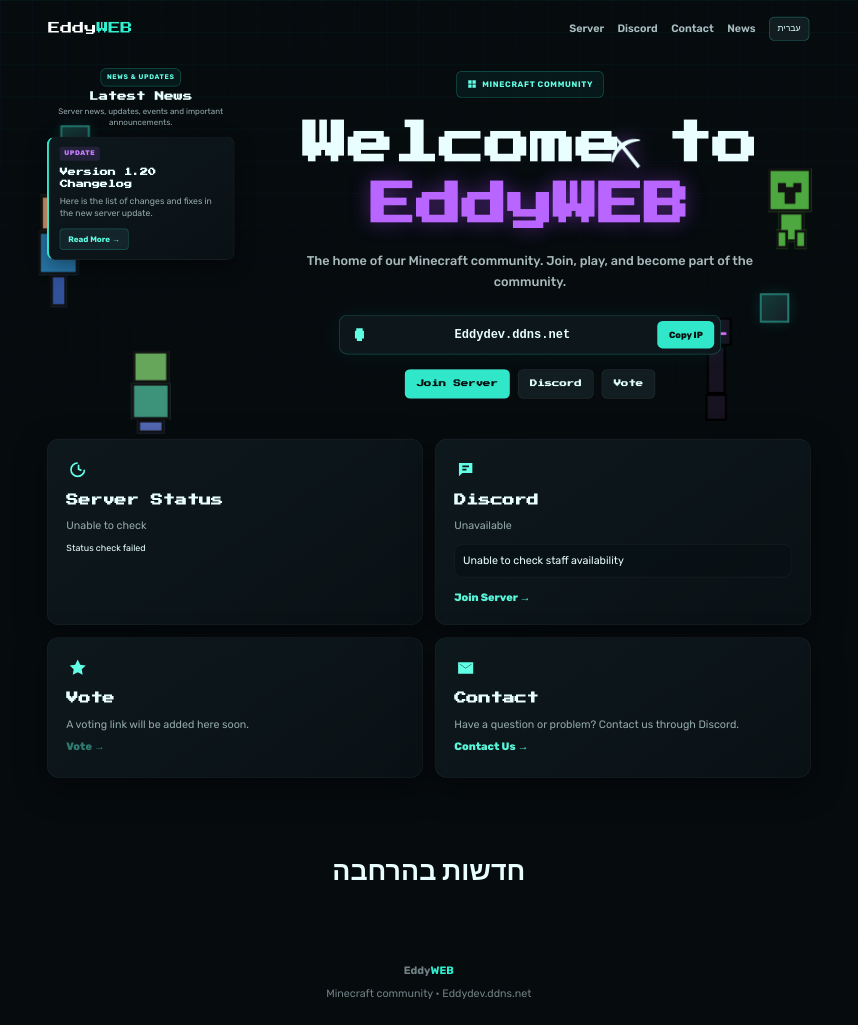
Repository: eddush/EddyWEB
Page: index.html
The author's editor kept a copy of each file at every save. The page is drawn from the files as they stood at one save, then again after the next save.
The browser window is 1280 px wide. The pictures show the whole page, at 67% of full size.
The page's requests for data from a server got no answer.

Above is the page before, as saved 2026-09-20 17:14:50.

### index.html
<!doctype html>
<html lang="en" dir="ltr">

<head>
  <meta charset="UTF-8">
  <meta name="viewport" content="width=device-width,initial-scale=1">
  <meta name="theme-color" content="#071014">
  <title>EddyWEB | Minecraft</title>
  <link rel="stylesheet" href="style.css">
</head>

<body>
  <div class="grid"></div>
  <div class="pixel-scene" aria-hidden="true">
    <div class="block b1"></div>
    <div class="block b2"></div>
    <div class="mob steve">
      <div class="head skin"></div>
      <div class="body shirt"></div>
      <div class="leg"></div>
    </div>
    <div class="mob creeper">
      <div class="creeper-head"><i></i><i></i><b></b></div>
      <div class="creeper-body"></div>
      <div class="creeper-leg l1"></div>
      <div class="creeper-leg l2"></div>
    </div>
    <div class="mob enderman">
      <div class="end-head"><i></i></div>
      <div class="end-body"></div>
      <div class="end-leg"></div>
    </div>
    <div class="mob zombie">
      <div class="z-head"></div>
      <div class="z-body"></div>
      <div class="z-leg"></div>
    </div>
    <div class="pickaxe">⛏</div>
  </div>

  <header>
    <a class="logo" href="#">Eddy<span>WEB</span></a>
    <nav>
      <a href="#server">Server</a>
      <a href="#community">Discord</a>
      <a href="#contact">Contact</a>
      <a href="#news">News</a>
      <button class="lang-btn" id="lang-toggle" onclick="toggleLanguage()">עברית</button>
    </nav>
  </header>

  <main>
    <div class="top-container">
      <section class="hero">
        <div class="badge">
          <svg viewBox="0 0 24 24">
            <path d="M3 3h8v8H3zM13 3h8v8h-8zM3 13h8v8H3zM13 13h8v8h-8z" />
          </svg>MINECRAFT COMMUNITY
        </div>
        <h1>Welcome to <span>EddyWEB</span></h1>
        <p>The home of our Minecraft community. Join, play, and become part of the community.</p>
        <div class="ip">
          <svg viewBox="0 0 24 24">
            <path d="M7 2h10v4H7zM5 6h14v12H5zM8 18h8v4H8zM8 10h2v2H8zm6 0h2v2h-2z" />
          </svg>
          <strong id="ip">Eddydev.ddns.net</strong>
          <button onclick="copyIP()">Copy IP</button>
        </div>
        <small id="copied"></small>
        <div class="actions">
          <a class="btn primary" href="#server">Join Server</a>
          <a class="btn" href="https://discord.gg/zXq9E8FQCS" target="_blank">Discord</a>
          <a class="btn" href="#vote">Vote</a>
        </div>
      </section>

      <section id="news" class="news-section">
        <div class="section-heading">
          <div class="badge">NEWS &amp; UPDATES</div>
          <h2>Latest News</h2>
          <p>Server news, updates, events and important announcements.</p>
        </div>
        <div class="news-grid" id="news-grid">
          <!-- המודעות ייטענו לכאן באופן אוטומטי מ-news.json -->
        </div>
      </section>
    </div>

    <section id="server" class="cards">
      <article class="card">
        <div class="icon"><svg viewBox="0 0 24 24">
            <path d="M12 3a9 9 0 1 0 9 9h-2a7 7 0 1 1-7-7zm0 3v6l4 2 1-2-3-1.5V6z" />
          </svg></div>
        <h2>Server Status</h2>
        <p id="status">Checking...</p>
        <small id="players"></small>
      </article>
      <article id="community" class="card">
        <div class="icon"><svg viewBox="0 0 24 24">
            <path d="M4 4h16v12H8l-4 4zm4 5h8V7H8zm0 4h5v-2H8z" />
          </svg></div>
        <h2>Discord</h2>
        <p id="discord-members">Checking member count...</p>
        <div id="discord-staff" class="staff-status"><span>Checking available staff...</span></div>
        <a class="textbtn" href="https://discord.gg/zXq9E8FQCS" target="_blank">Join Server →</a>
      </article>
      <article id="vote" class="card">
        <div class="icon"><svg viewBox="0 0 24 24">
            <path d="m12 2 3 6 6.6.9-4.8 4.7 1.1 6.6L12 17l-5.9 3.2 1.1-6.6L2.4 8.9 9 8z" />
          </svg></div>
        <h2>Vote</h2>
        <p>A voting link will be added here soon.</p>
        <a class="textbtn disabled">Vote →</a>
      </article>
      <article id="contact" class="card">
        <div class="icon"><svg viewBox="0 0 24 24">
            <path d="M3 5h18v14H3zm2 2v.5l7 5 7-5V7l-7 5-7-5z" />
          </svg></div>
        <h2>Contact</h2>
        <p>Have a question or problem? Contact us through Discord.</p>
        <a class="textbtn" href="https://discord.gg/zXq9E8FQCS" target="_blank">Contact Us →</a>
      </article>
    </section>
  </main>



  <!-- אזור חדשות מוגדלות בתחתית הדף -->
  <section id="large-news-section" class="large-news-container">
    <h2>חדשות בהרחבה</h2>
    <div id="large-news-grid" class="large-news-grid"></div>
  </section>

  <footer>
    <b>Eddy<span>WEB</span></b>
    <p>Minecraft community • Eddydev.ddns.net</p>
  </footer>

  <script src="script.js"></script>
</body>

</html>

### script.js
const IP = 'Eddydev.ddns.net';
const DISCORD_API = 'https://eddy-bot-lyvo.onrender.com/api/discord';

const translations = {
  en: {
    navServer: 'Server', navDiscord: 'Discord', navContact: 'Contact', navNews: 'News', lang: 'עברית',
    badge: 'MINECRAFT COMMUNITY', heroTitle: 'Welcome to <span>EddyWEB</span>',
    heroText: 'The home of our Minecraft community. Join, play, and become part of the community.',
    copy: 'Copy IP', copied: '✓ IP copied!', join: 'Join Server', statusTitle: 'Server Status',
    checking: 'Checking...', discordChecking: 'Checking member count...', staffChecking: 'Checking available staff...',
    discordTitle: 'Discord', joinDiscord: 'Join Server →', voteTitle: 'Vote',
    voteText: 'A voting link will be added here soon.', contactTitle: 'Contact',
    contactText: 'Have a question or problem? Contact us through Discord.', contactBtn: 'Contact Us →',
    newsBadge: 'NEWS & UPDATES', newsTitle: 'Latest News', newsIntro: 'Server news, updates, events and important announcements.',
    readMore: 'Read More →',
    footer: 'Minecraft community • Eddydev.ddns.net', players: (a, b) => `${a} / ${b} players online`,
    unavailable: 'Server is currently unavailable', cannot: 'Unable to check', failed: 'Status check failed',
    members: n => `${n.toLocaleString('en-US')} members`, staff: 'Available staff:', team: 'Team', developers: 'Developers', helpers: 'Helpers', moderators: 'Moderators',
    available: (o, t) => `${o} / ${t} available`, staffFail: 'Unable to check staff availability'
  },
  he: {
    navServer: 'השרת', navDiscord: 'Discord', navContact: 'צור קשר', navNews: 'חדשות', lang: 'English',
    badge: 'קהילת MINECRAFT', heroTitle: 'ברוכים הבאים ל־<span>EddyWEB</span>',
    heroText: 'הבית של קהילת Minecraft שלנו. היכנסו, שחקו והצטרפו לקהילה.',
    copy: 'העתק IP', copied: '✓ ה־IP הועתק!', join: 'כניסה לשרת', statusTitle: 'סטטוס השרת',
    checking: 'בודק...', discordChecking: 'בודק מספר חברים...', staffChecking: 'בודק צוות זמין...',
    discordTitle: 'Discord', joinDiscord: 'הצטרף לשרת →', voteTitle: 'Vote',
    voteText: 'קישור להצבעה יתווסף כאן ברגע שתשלח אותו.', contactTitle: 'צור קשר',
    contactText: 'יש שאלה או בעיה? פנו אלינו דרך Discord.', contactBtn: 'צור קשר →',
    newsBadge: 'חדשות ועדכונים', newsTitle: 'חדשות אחרונות', newsIntro: 'חדשות השרת, עדכונים, אירועים והודעות חשובות.',
    readMore: 'קרא עוד ←',
    footer: 'קהילת Minecraft • Eddydev.ddns.net', players: (a, b) => `${a} / ${b} שחקנים מחוברים`,
    unavailable: 'השרת כרגע לא זמין', cannot: 'לא ניתן לבדוק', failed: 'בדיקת הסטטוס נכשלה',
    members: n => `${n.toLocaleString('he-IL')} חברים`, staff: 'אנשי צוות זמינים:', team: 'צוות', developers: 'מתכנתים', helpers: 'הלפרים', moderators: 'Moderators',
    available: (o, t) => `${o} / ${t} זמינים`, staffFail: 'לא ניתן לבדוק זמינות צוות'
  }
};

let language = localStorage.getItem('eddy-language') || 'en';
let newsData = [];

function t() { return translations[language] }

async function loadNews() {
  try {
    const r = await fetch('news.json');
    newsData = await r.json();
    renderNews();
  } catch (e) {
    console.error('Failed to load news:', e);
  }
}

function renderNews() {
  const grid = document.getElementById('news-grid');
  if (!grid || !newsData.length) return;
  const x = t();
  const isHe = language === 'he';
  grid.innerHTML = newsData.map(item => `
    <article class="news-card">
      <div class="news-date">${isHe ? item.badge_he : item.badge_en}</div>
      <h3>${isHe ? item.title_he : item.title_en}</h3>
      <p>${isHe ? item.text_he : item.text_en}</p>
      <a class="news-btn" href="${item.url}">${x.readMore}</a>
    </article>
  `).join('');
}

function applyLanguage() {
  const x = t(); document.documentElement.lang = language; document.documentElement.dir = language === 'he' ? 'rtl' : 'ltr';
  const nav = document.querySelectorAll('nav a'); nav[0].textContent = x.navServer; nav[2].textContent = x.navContact; nav[3].textContent = x.navNews;
  document.getElementById('lang-toggle').textContent = x.lang;
  document.querySelector('.badge').lastChild.textContent = x.badge;
  document.querySelector('.hero h1').innerHTML = x.heroTitle; document.querySelector('.hero p').textContent = x.heroText;
  document.querySelector('.ip button').textContent = x.copy; document.querySelector('.btn.primary').textContent = x.join;
  document.querySelector('#server h2').textContent = x.statusTitle; document.querySelector('#community h2').textContent = x.discordTitle;
  document.querySelector('#community .textbtn').textContent = x.joinDiscord; document.querySelector('#vote h2').textContent = x.voteTitle;
  document.querySelector('#vote p').textContent = x.voteText; document.querySelector('#contact h2').textContent = x.contactTitle;
  document.querySelector('#contact p').textContent = x.contactText; document.querySelector('#contact .textbtn').textContent = x.contactBtn;
  document.querySelector('footer p').textContent = x.footer;
  document.getElementById('status').textContent = x.checking; document.getElementById('discord-members').textContent = x.discordChecking;
  document.getElementById('discord-staff').innerHTML = '<span>' + x.staffChecking + '</span>';

  const newsBadge = document.querySelector('#news .section-heading .badge');
  const newsH2 = document.querySelector('#news .section-heading h2');
  const newsP = document.querySelector('#news .section-heading p');
  if (newsBadge) newsBadge.textContent = x.newsBadge;
  if (newsH2) newsH2.textContent = x.newsTitle;
  if (newsP) newsP.textContent = x.newsIntro;

  renderNews();
}

function toggleLanguage() { language = language === 'en' ? 'he' : 'en'; localStorage.setItem('eddy-language', language); applyLanguage(); status(); discordStats() }
async function copyIP() { try { await navigator.clipboard.writeText(IP); document.getElementById('copied').textContent = t().copied; setTimeout(() => document.getElementById('copied').textContent = '', 1800) } catch (e) { } }
async function status() { const s = document.getElementById('status'), p = document.getElementById('players'), x = t(); try { const r = await fetch('https://api.mcsrvstat.us/3/' + IP); const d = await r.json(); if (d.online) { s.textContent = 'Online'; s.style.color = '#4ffdc'; p.textContent = x.players(d.players?.online ?? 0, d.players?.max ?? 0) } else { s.textContent = 'Offline'; s.style.color = '#ff6b8a'; p.textContent = x.unavailable } } catch (e) { s.textContent = x.cannot; p.textContent = x.failed } }
async function discordStats() { const p = document.getElementById('discord-members'), staff = document.getElementById('discord-staff'), x = t(); if (!p) return; try { const r = await fetch(DISCORD_API, { cache: 'no-store' }), d = await r.json(); if (!d.ok) throw new Error(); p.textContent = x.members(Number(d.members)); p.style.color = '#b965ff'; const labels = { team: x.team, developers: x.developers, helpers: x.helpers, moderators: x.moderators }; staff.innerHTML = '<div class="staff-title">' + x.staff + ' <strong>' + (d.staff?.totalAvailable ?? 0) + '</strong></div>' + Object.entries(labels).map(([key, label]) => { const a = d.staff?.roles?.[key] || { online: 0, total: 0 }; return '<div class="staff-row"><span>' + label + '</span><span><b>' + a.online + '</b> / ' + a.total + ' ' + (language === 'en' ? 'available' : 'זמינים') + '</span></div>' }).join('') } catch (e) { p.textContent = language === 'en' ? 'Unavailable' : 'לא זמין'; if (staff) staff.innerHTML = '<span>' + x.staffFail + '</span>' } }

applyLanguage();
loadNews();
status();
discordStats();
setInterval(status, 30000);
setInterval(discordStats, 60000);

Loaded but not shown: news.json (15 lines, source omitted); style.css (1036 lines, source omitted)

After the next save:
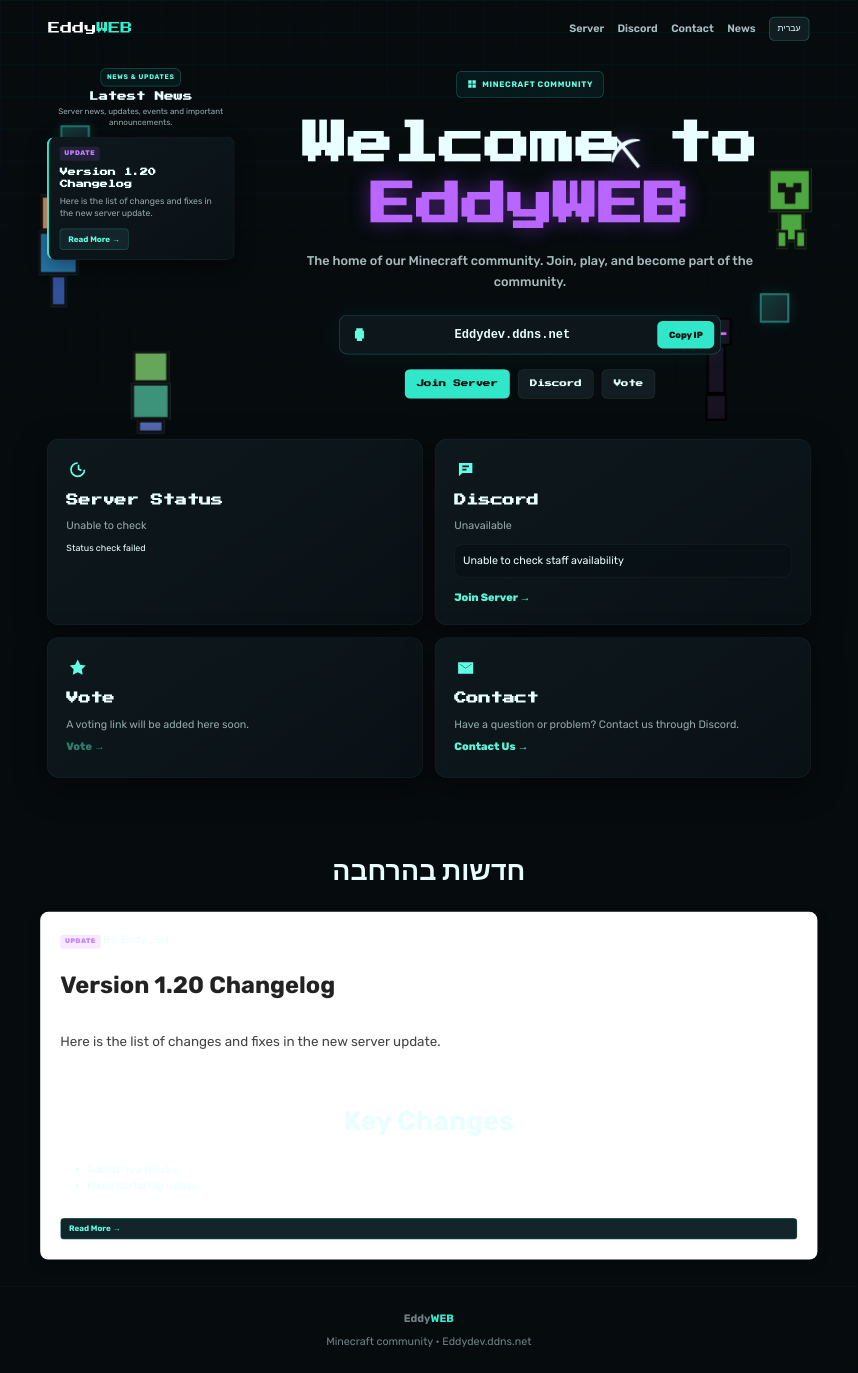
Saved 114 s later.
--- a/script.js
+++ b/script.js
@@ -12,6 +12,7 @@
     voteText: 'A voting link will be added here soon.', contactTitle: 'Contact',
     contactText: 'Have a question or problem? Contact us through Discord.', contactBtn: 'Contact Us →',
     newsBadge: 'NEWS & UPDATES', newsTitle: 'Latest News', newsIntro: 'Server news, updates, events and important announcements.',
+    largeNewsBadge: 'NEWS & UPDATES', largeNewsTitle: 'All Updates & News', largeNewsIntro: 'Read full updates and detailed server news.',
     readMore: 'Read More →',
     footer: 'Minecraft community • Eddydev.ddns.net', players: (a, b) => `${a} / ${b} players online`,
     unavailable: 'Server is currently unavailable', cannot: 'Unable to check', failed: 'Status check failed',
@@ -28,6 +29,7 @@
     voteText: 'קישור להצבעה יתווסף כאן ברגע שתשלח אותו.', contactTitle: 'צור קשר',
     contactText: 'יש שאלה או בעיה? פנו אלינו דרך Discord.', contactBtn: 'צור קשר →',
     newsBadge: 'חדשות ועדכונים', newsTitle: 'חדשות אחרונות', newsIntro: 'חדשות השרת, עדכונים, אירועים והודעות חשובות.',
+    largeNewsBadge: 'חדשות ועדכונים', largeNewsTitle: 'כל העדכונים והחדשות', largeNewsIntro: 'קראו הודעות מפורטות, יומני שינויים מלאים ועדכוני שרת.',
     readMore: 'קרא עוד ←',
     footer: 'קהילת Minecraft • Eddydev.ddns.net', players: (a, b) => `${a} / ${b} שחקנים מחוברים`,
     unavailable: 'השרת כרגע לא זמין', cannot: 'לא ניתן לבדוק', failed: 'בדיקת הסטטוס נכשלה',
@@ -56,6 +58,8 @@
   if (!grid || !newsData.length) return;
   const x = t();
   const isHe = language === 'he';
+
+  // 1. רנדור החדשות הקומפקטיות בחלק העליון
   grid.innerHTML = newsData.map(item => `
     <article class="news-card">
       <div class="news-date">${isHe ? item.badge_he : item.badge_en}</div>
@@ -64,6 +68,23 @@
       <a class="news-btn" href="${item.url}">${x.readMore}</a>
     </article>
   `).join('');
+
+  // 2. רנדור החדשות המוגדלות בתחתית הדף
+  const largeGrid = document.getElementById('large-news-grid');
+  if (largeGrid) {
+    largeGrid.innerHTML = newsData.map(item => `
+      <article class="large-news-card">
+        <div class="large-news-header">
+          <span class="news-date">${isHe ? item.badge_he : item.badge_en}</span>
+          ${item.author ? `<span class="news-author">${isHe ? 'מאת:' : 'By:'} ${item.author}</span>` : ''}
+        </div>
+        <h3>${isHe ? item.title_he : item.title_en}</h3>
+        <p class="large-news-summary">${isHe ? item.text_he : item.text_en}</p>
+        ${(isHe ? item.content_he : item.content_en) ? `<div class="large-news-body">${isHe ? item.content_he : item.content_en}</div>` : ''}
+        <a class="news-btn large-btn" href="${item.url}">${x.readMore}</a>
+      </article>
+    `).join('');
+  }
 }
 
 function applyLanguage() {
@@ -88,6 +109,13 @@
   if (newsH2) newsH2.textContent = x.newsTitle;
   if (newsP) newsP.textContent = x.newsIntro;
 
+  const largeNewsBadge = document.querySelector('#large-news .large-news-heading .badge');
+  const largeNewsH2 = document.querySelector('#large-news .large-news-heading h2');
+  const largeNewsP = document.querySelector('#large-news .large-news-heading p');
+  if (largeNewsBadge) largeNewsBadge.textContent = x.largeNewsBadge;
+  if (largeNewsH2) largeNewsH2.textContent = x.largeNewsTitle;
+  if (largeNewsP) largeNewsP.textContent = x.largeNewsIntro;
+
   renderNews();
 }
 
